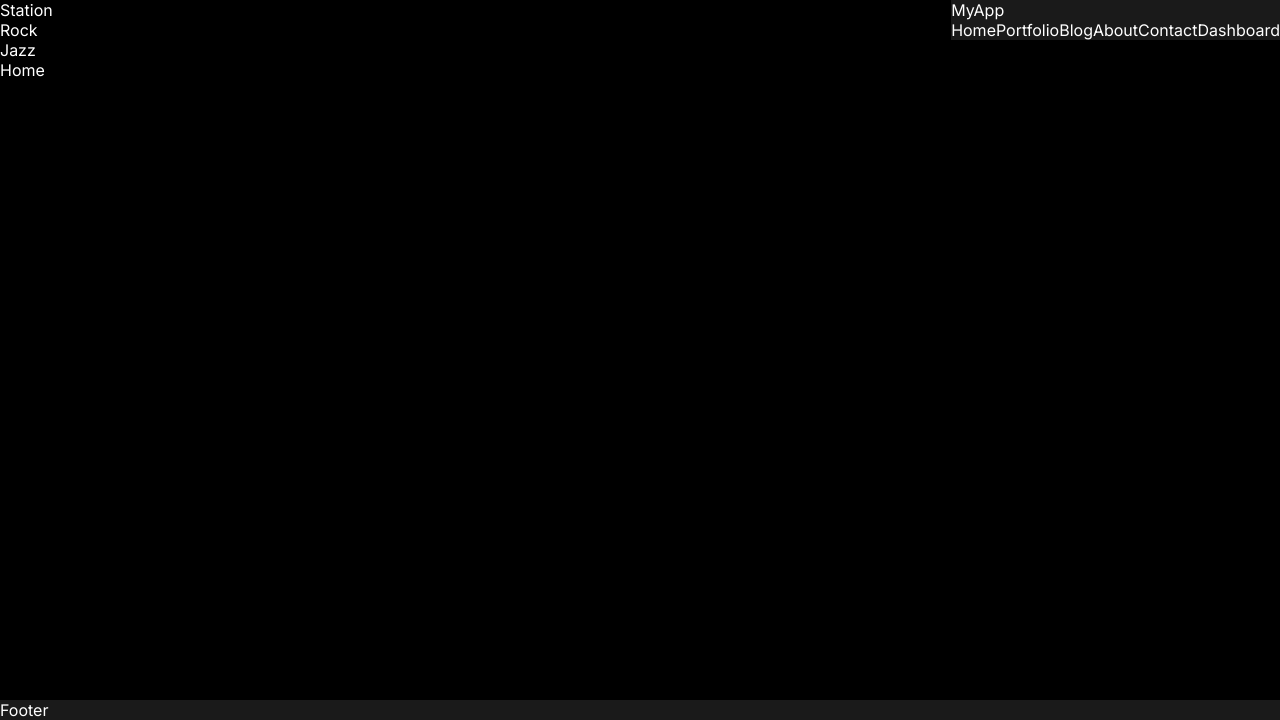
Repository: Iq-Life/musicflow-life
Page: /
The author's editor kept a copy of each file at every save. The page is drawn from the files as they stood at one save, then again after the next save.
The browser window is 1280 px wide. The pictures show the whole page.
The project was rebuilt for these pictures with package versions that can differ from the ones it lists, and the page was loaded fresh each time. The framework's server and built-in components were replaced by stand-ins that run in the browser. Also part of the build but not shown: next.config.js.

Above is the page before, as saved 2023-09-14 15:29:22.

After the next save:
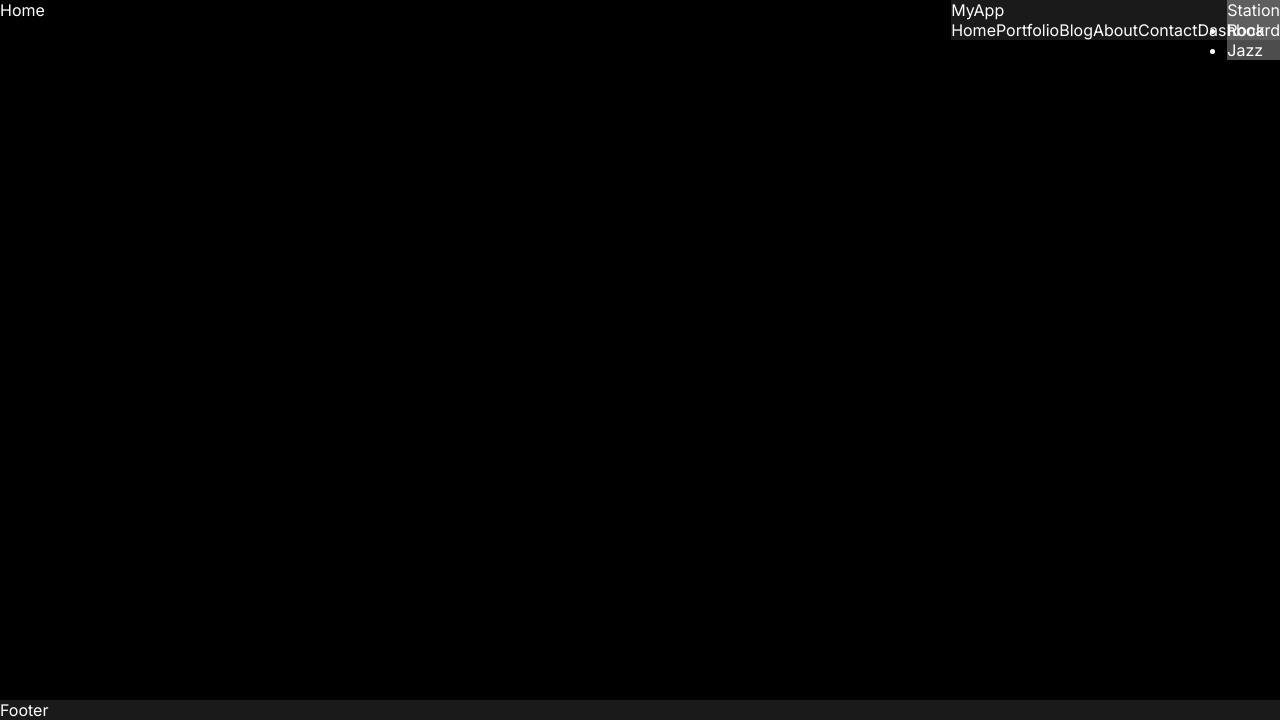
Saved 40 s later.
--- a/src/components/station/StationsList.tsx
+++ b/src/components/station/StationsList.tsx
@@ -1,4 +1,5 @@
 import React from 'react'
+import styles from './StationsList.module.scss'
 
 const stationsMusic = [
   {
@@ -13,7 +14,7 @@ const stationsMusic = [
 
 const StationsList = () => {
   return (
-    <div className='stationsList'>
+    <div className={styles.stationsList}>
       <ul>
         Station
         {stationsMusic.map((station) => (
